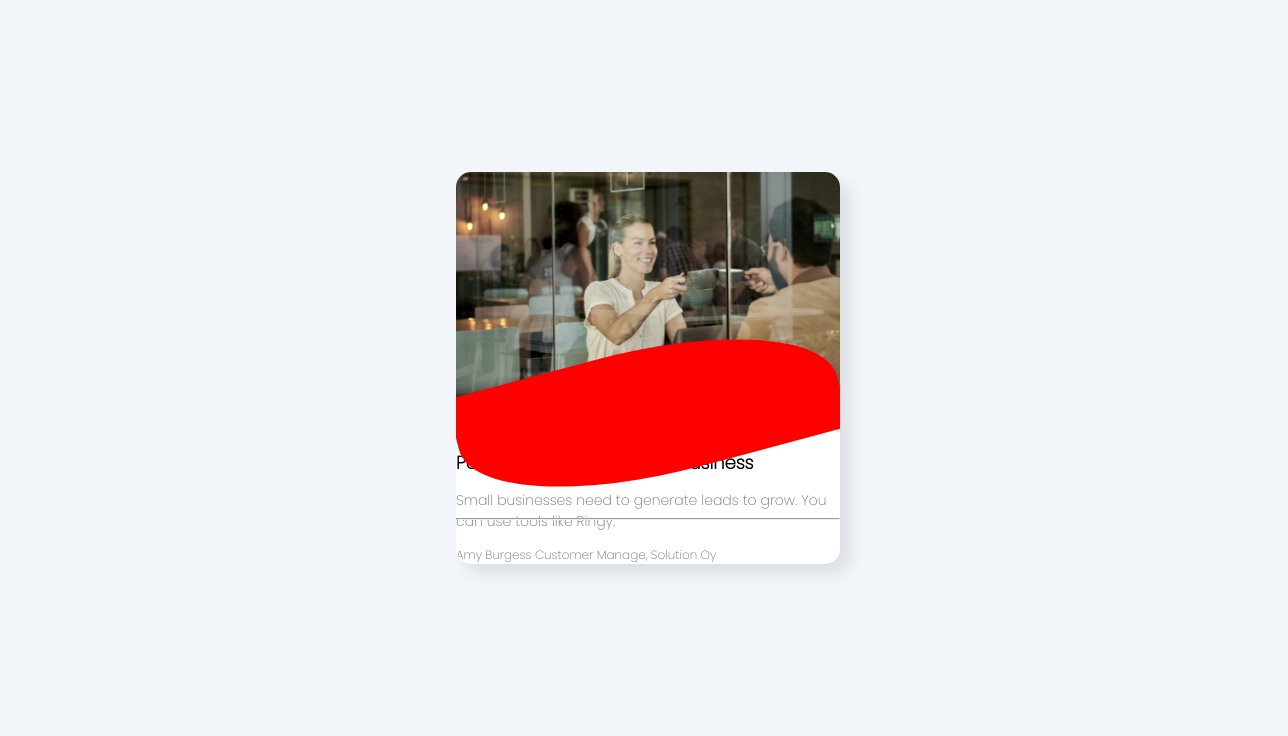
Repository: massndongo/business-blog-card
Page: index.html
These files come from the project's save history. The page is drawn as it stood at one moment and after the next save; the edit follows.
The browser window is 1280 px wide. The page is 1288 px wide, so the pictures cover 1288 px, including what lies to the right of the window. The pictures show the whole page.

Above is the page before, as saved 2023-11-08 04:22:10.

### index.html
<!DOCTYPE html>
<html lang="en">
<head>
    <meta charset="UTF-8">
    <meta name="viewport" content="width=device-width, initial-scale=1.0">
    <link rel="stylesheet" href="css/styles.css">
    <title>Responsive Web Developer Starter - devchallenges.io</title>
    <link rel="icon" href="images/favicon.ico" type="image/x-icon" sizes="any">
</head>
<body>
    <div class="card">
        <img src="images/hero-image-business-card.png" alt="" srcset="">
        <div class="wavy">
        </div>
        <h1 class="title">Perfect solution for small business</h1>
        <p class="corps">Small businesses need to generate leads to grow. You can use tools like Ringy.</p>
        <hr>
        <div class="small">
            <!-- <img src="images/avatar-image-business-card.png" alt="" srcset=""> -->
            <div>
                <span>Amy Burgess</span>
                <span>Customer Manage, Solution Oy</span>
            </div>
        </div>
    </div>
</body>
</html>

### css/styles.css
@import url('https://fonts.googleapis.com/css2?family=Poppins:wght@200&display=swa');

* {
    box-sizing: border-box;
    font-family: 'Poppins', sans-serif;
    overflow: hidden;
}

/* Add some styles for body*/
body {
    width: 100%;
    height: 100vh;
    background-color: #F2F5F9;
    display: flex;
    justify-content: center;
    align-items: center;

}

.card{
    position: relative;
    flex-direction: column;
    background-color: #FFFFFF;
    box-shadow: 10px 10px 15px 0px rgba(0, 0, 0, 0.09);
    width: 30%;
    height: auto;
    border-radius: 15px;
}
.card img{
    width: 100%;
    border-radius: 10px;
}
.wavy{
    height: 130px;
    background-color: red;
    border-radius: 0 60% 0;
    position: absolute;
    transform: rotate(-15deg);
    bottom: 22%;
    left: 0;
    right: 0;
}
.waveRight{
    height: 100px;
    width: 50%;
    background-color: green;
}
.waveLeft{
    height: 100px;
    width: 50%;
    background-color: blue;
}
.title{
    font-size: 18px;

}
.corps{
    font-size: 14px;

}
.small{
    position: relative;
    font-size: 12px;
}
.corps, .small, hr{
    color: #6C727F
}
hr{
    width: 100%;
    height: 1px;
    position: absolute;
    bottom: 9%;
    left: 0;
    right: 0;
    background-color: #6c727f85;
}

@media screen and (max-width: 768px) {
    .card {
        width: 90%;
    }
}

After the next save:
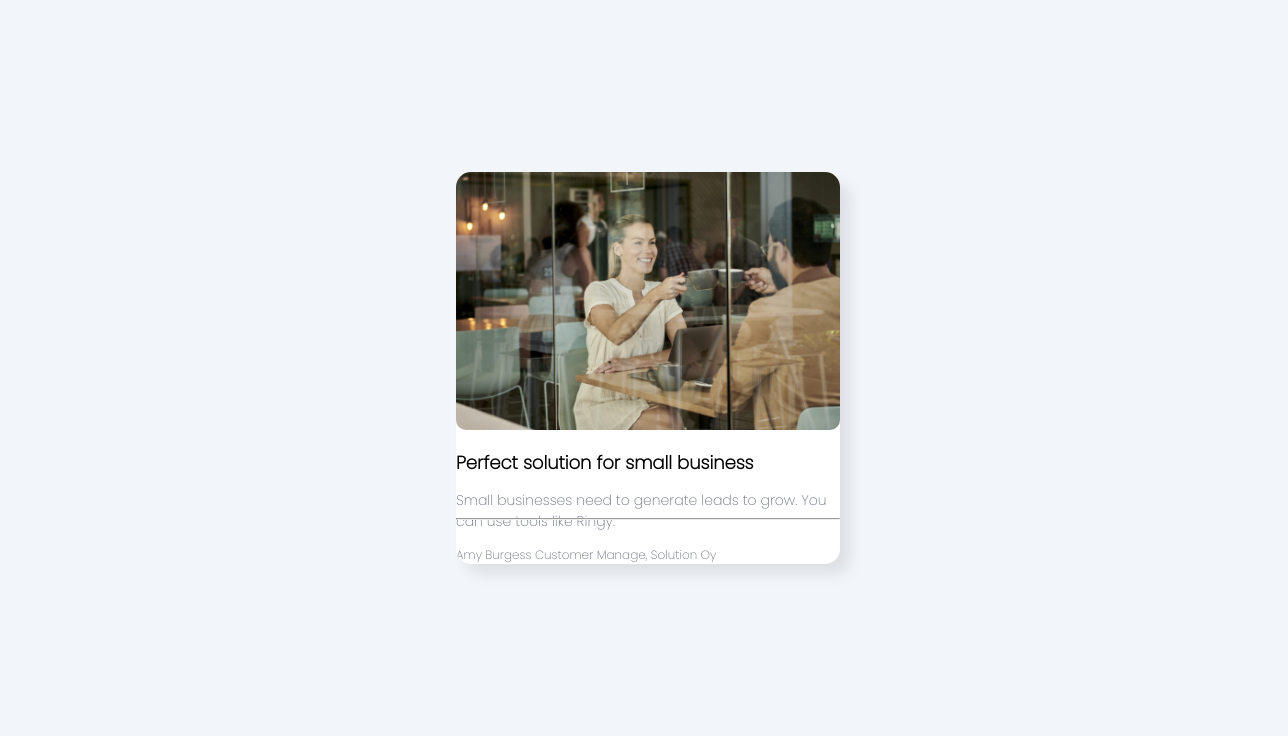
Saved 21 s later.
--- a/css/styles.css
+++ b/css/styles.css
@@ -32,7 +32,6 @@
 }
 .wavy{
     height: 130px;
-    background-color: red;
     border-radius: 0 60% 0;
     position: absolute;
     transform: rotate(-15deg);

After the save that followed:
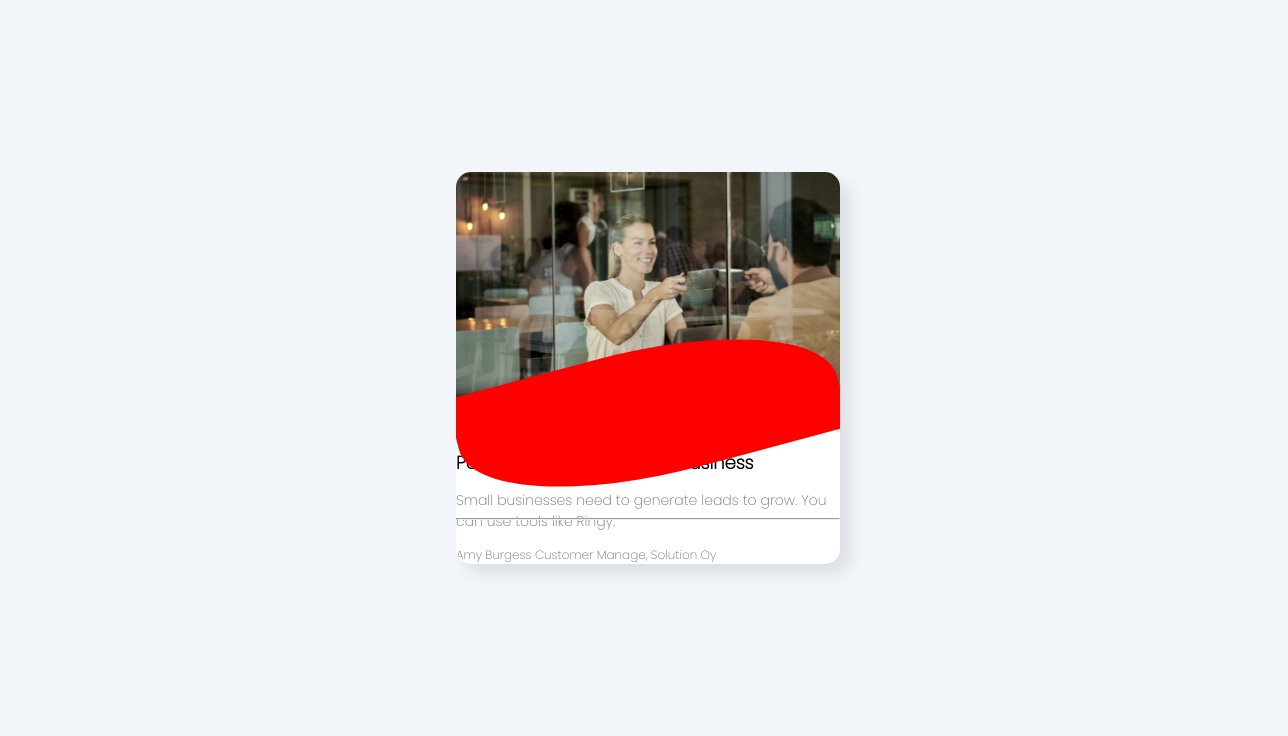
Saved 12 s later.
--- a/css/styles.css
+++ b/css/styles.css
@@ -32,6 +32,7 @@
 }
 .wavy{
     height: 130px;
+    background-color: red;
     border-radius: 0 60% 0;
     position: absolute;
     transform: rotate(-15deg);
